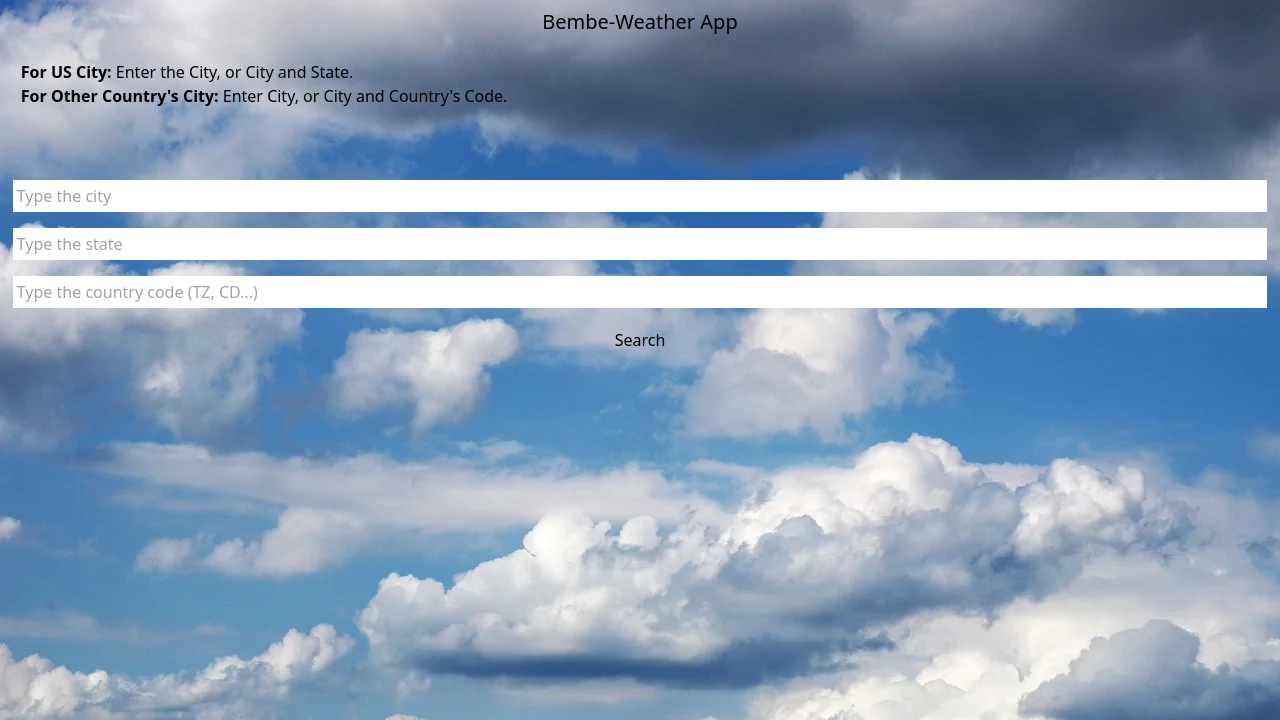
Repository: ShindanoSingi/bembe-weather
Page: /
These files come from the project's save history. The page is drawn as it stood at one moment and after the next save; the edit follows.
The browser window is 1280 px wide. The pictures show the whole page.
The page's requests for data from a server got no answer. The project was rebuilt for these pictures with package versions that can differ from the ones it lists, and the page was loaded fresh each time. No one was signed in, and anything a server would have sent is missing.

Above is the page before, as saved 2022-09-14 03:21:12.

After the next save:
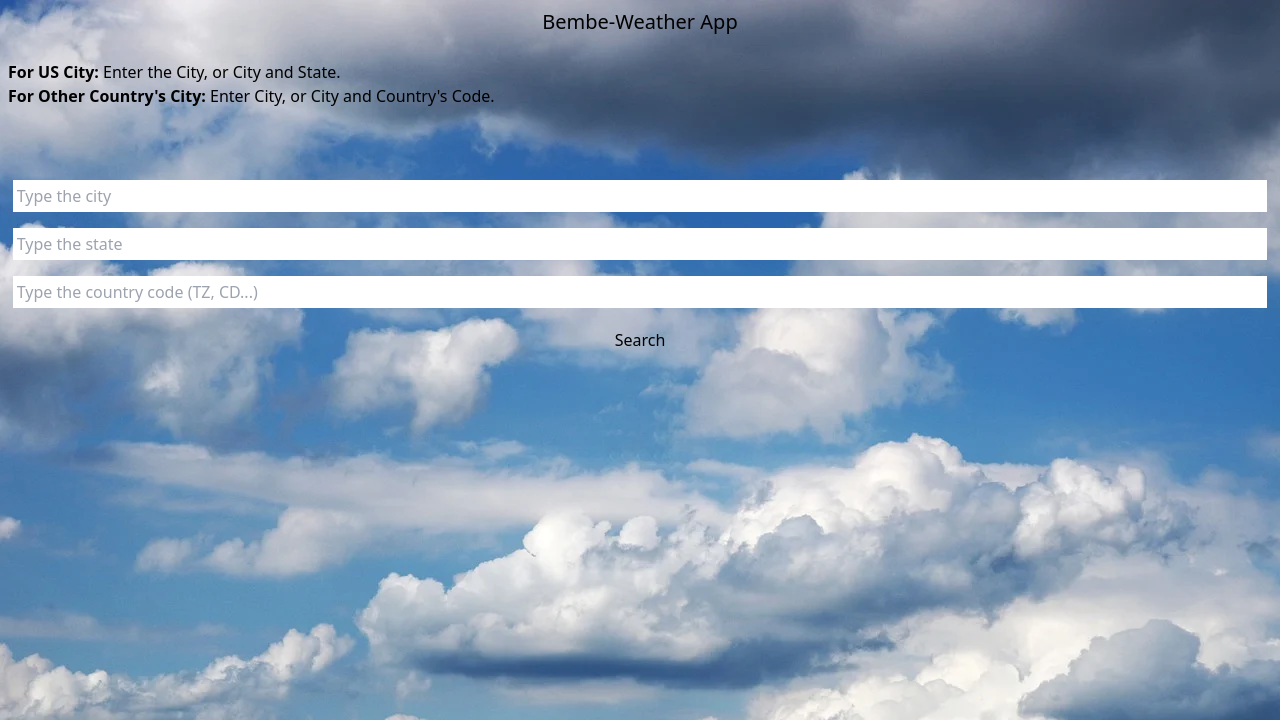
Saved 70 s later.
--- a/src/components/weatherPage.js
+++ b/src/components/weatherPage.js
@@ -68,7 +68,7 @@ const WeatherPage = ({ city, state, country, weatherData }) => {
     <div>
       <h1 className="py-2 text-xl text-center">Bembe-Weather App</h1>
 
-      <div className="px-2 w-[98vw] mt-4 message place-self-center">
+      <div className="px-2 w-[98vw] mt-4 message content-center">
         <strong>For US City: </strong><span>Enter the City, or City and State.</span><br></br>
         <strong>For Other Country's City: </strong><span>Enter City, or City and Country's Code.</span>
       </div>
